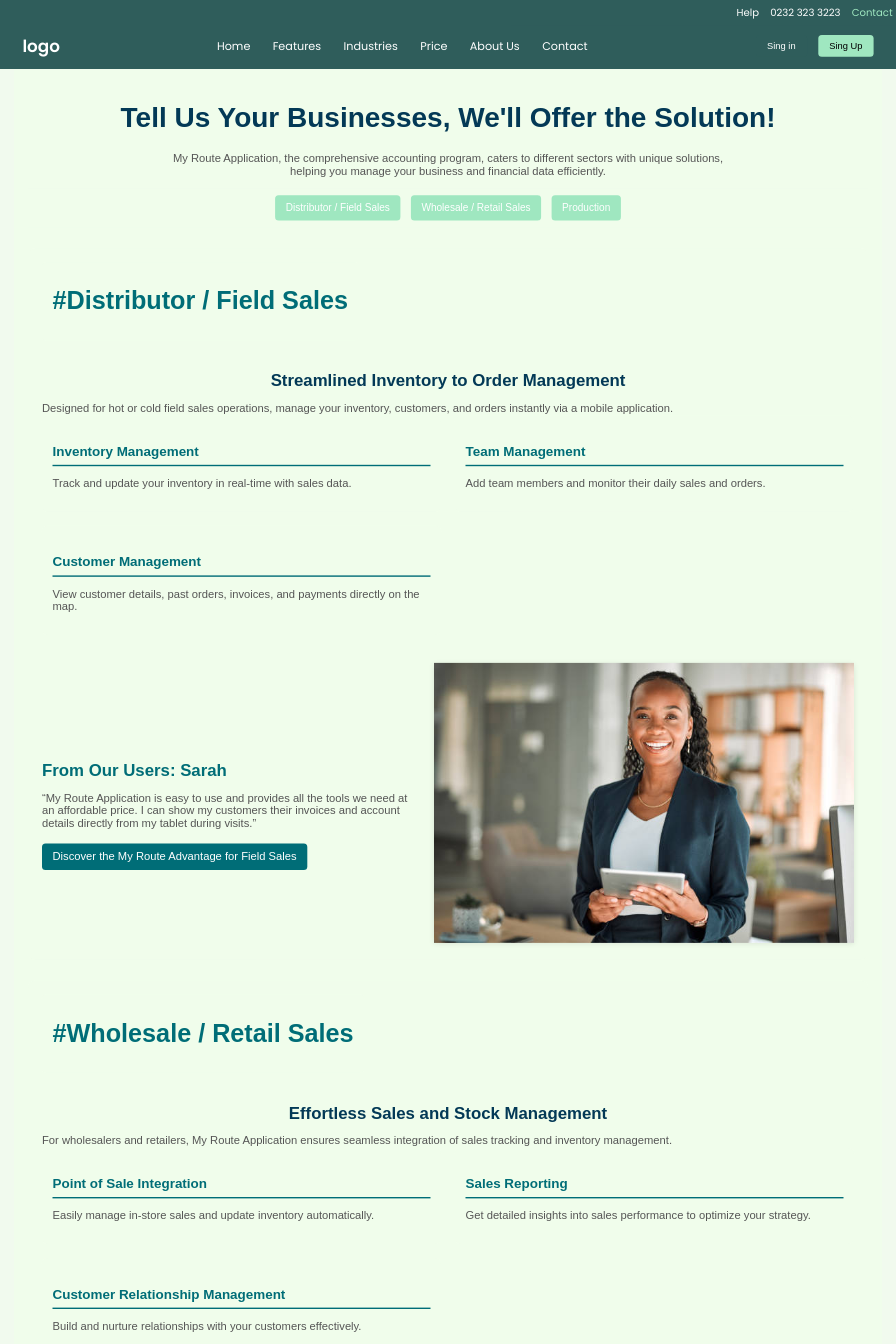
Repository: senolinanyasar/myrouteapplication
Page: /industries
An editor plug-in stored every save of this project. The page is shown before and after the next save, followed by the edit.
The browser window is 1280 px wide. The pictures show the part of the page from y = 0 to 1920 px (the page is 3949 px tall), at 70% of full size.
The project was rebuilt for these pictures with package versions that can differ from the ones it lists, and the page was loaded fresh each time. Also part of the build but not shown: vite.config.js, src/components/HeroSection.css, src/components/HeroSection.js, src/components/FeaturesSection.css, src/components/FeaturesSection.js, src/components/PricingSection.css, src/components/PricingSection.js, src/components/SupportSection.css and 6 more.

Above is the page before, as saved 2024-11-17 23:47:13.

After the next save:
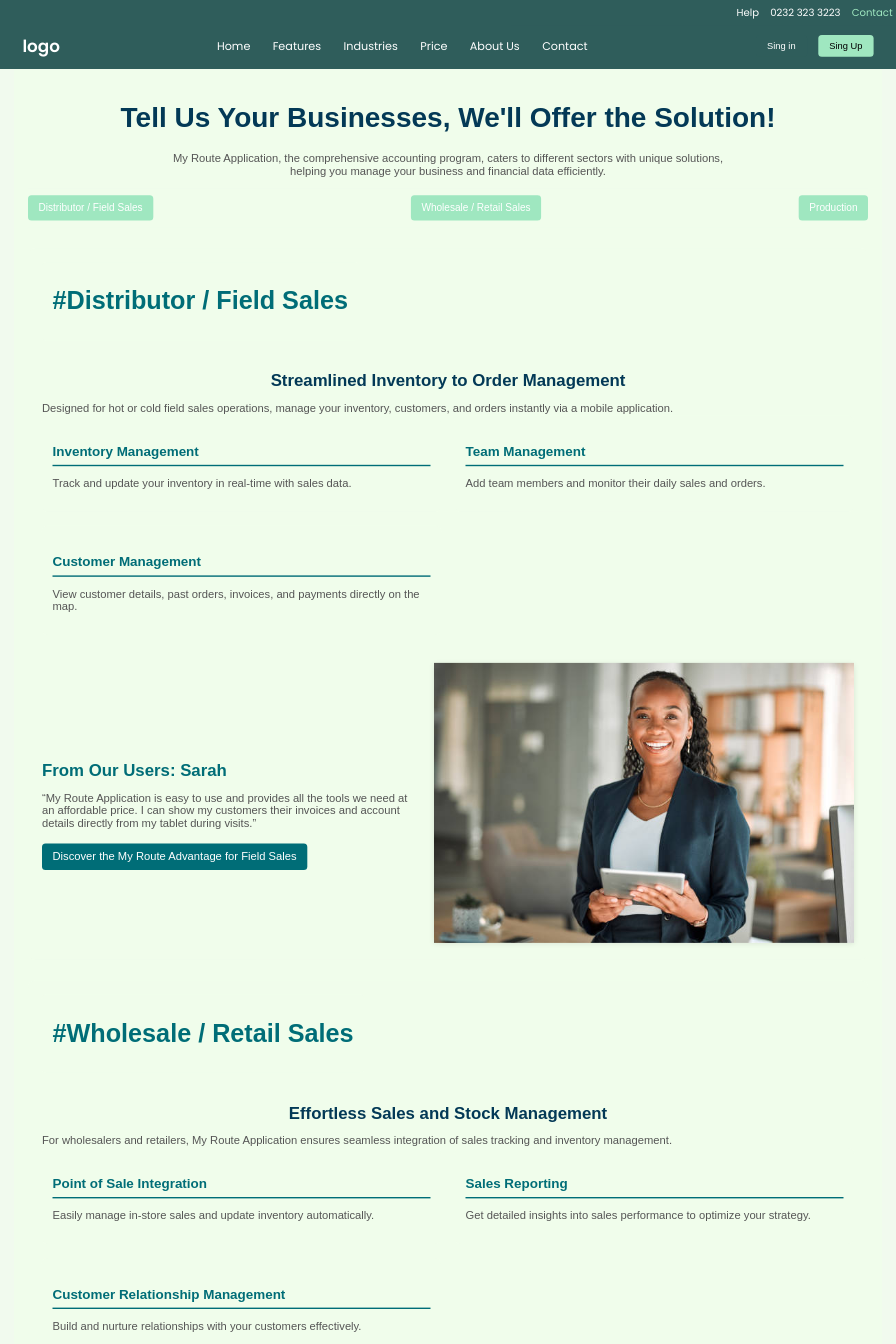
Saved 76 s later.
--- a/src/components/IndustriesPage.css
+++ b/src/components/IndustriesPage.css
@@ -27,14 +27,14 @@
 
 .industries-buttons {
     display: flex;
-    justify-content: center;
+    justify-content: space-between;
     gap: 15px;
-
+    position: sticky;
+    top: 0;
+    z-index: 10;
     background-color: #f0fdeb;
     padding: 10px 0;
-    position: sticky;
-    top: 2rem;
-    z-index: 999;
+
 
 }
 

After the save that followed:
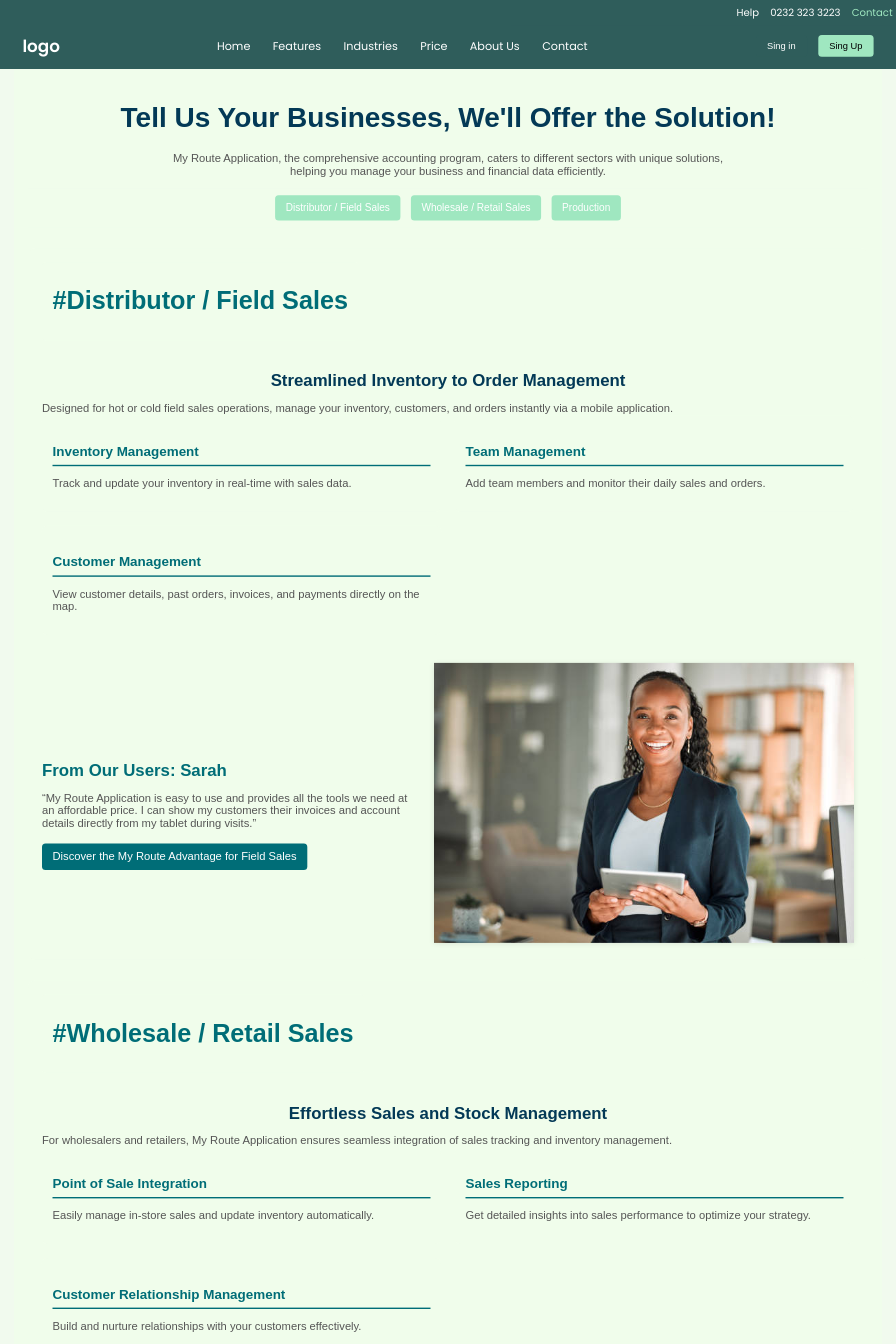
Saved 13 s later.
--- a/src/components/IndustriesPage.css
+++ b/src/components/IndustriesPage.css
@@ -27,7 +27,7 @@
 
 .industries-buttons {
     display: flex;
-    justify-content: space-between;
+    justify-content: center;
     gap: 15px;
     position: sticky;
     top: 0;
